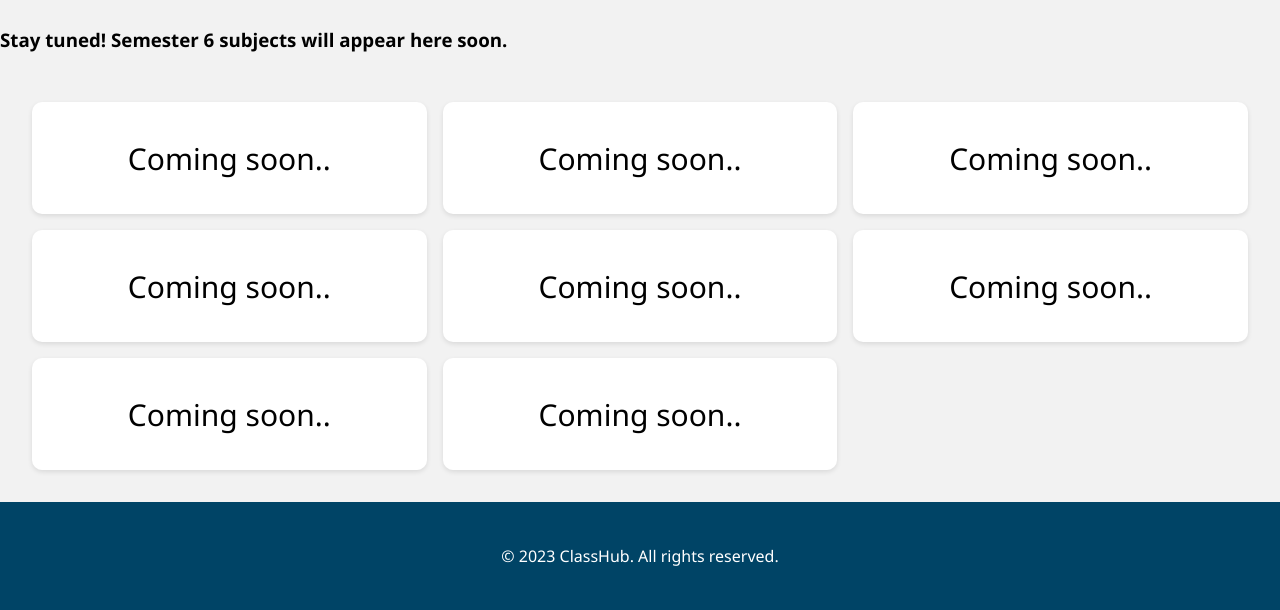
Repository: MariamSawera/eduNova
Page: semester6.html
An editor plug-in stored every save of this project. The page is shown before and after the next save, followed by the edit.
The browser window is 1280 px wide. The pictures show the part of the page from y = 294 to 920 px (the page is 904 px tall before and 920 px after).

Above is the page before, as saved 2025-07-21 22:12:18.

### semester6.html
<html>
<head>
    <title>Semester 1</title>
    <meta charset="UTF-8">
    <meta name="viewport" content="width=device-width, initial-scale=1.0">
    <link rel="stylesheet" href="styles.css">
    <script src="script.js"></script>
</head>
<body>
    <nav>
        <div class="logo">ClassHub</div>
        <ul>
        <li><a href="index.html">Home</a></li>
        <li><a href="index.html#semester">Semesters</a></li>
        <li><a href="subjects.html">Subjects</a></li>
        <li><a href="books.html">Books</a></li>
        <li><a href="resources.html">Resources</a></li>
        <li><a href="assignments.html">Assignments</a></li>
        <li><a href="events.html">Events</a></li>
        <li><a href="contact.html">Contact</a></li>
        <li><a href="login.html">Login</a></li>
        </ul>
    </nav>

    <!-- Hero Section -->
    <div class="hero">
        <h1>Welcome to Semester 6 Resources!</h1>
    </div>

    <!-- Resources Section -->
    <h2 class="heading"><h3>Stay tuned! Semester 6 subjects will appear here soon.</h3></h2>
    <div class="resources quick-links"   >
        <div class="link-card" style="color: black;"><a href="#" target="_blank">Coming soon..</a></div>
        <div class="link-card" style="color: black;"><a href="#" target="_blank">Coming soon..</a></div>
        <div class="link-card" style="color: black;"><a href="#" target="_blank">Coming soon..</a></div>
        <div class="link-card" style="color: black;"><a href="#" target="_blank">Coming soon..</a></div>
        <div class="link-card" style="color: black;"><a href="#" target="_blank">Coming soon..</a></div>
        <div class="link-card" style="color: black;"><a href="#" target="_blank">Coming soon..</a></div>
        <div class="link-card" style="color: black;"><a href="#" target="_blank">Coming soon..</a></div>
        <div class="link-card" style="color: black;"><a href="#"target="_blank">Coming soon..</a></div>
    </div>





    </div>

    <!-- Footer -->
    <footer class="footer">
        <p>&copy; 2023 ClassHub. All rights reserved.</p>
    </footer>

</body>
</html>

### styles.css
    html {
      scroll-behavior: smooth;
    }

    body {
      margin: 0;
      font-family: 'Segoe UI', sans-serif;
      background: #f2f2f2;
        /* background-color: #B3DDF0; */

    }

    nav {
      background-color: #004466;
      color: white;
      padding: 1rem;
      display: flex;
      justify-content: space-between;
      align-items: center;
    }

    nav .logo {
      font-size: 1.5rem;
      font-weight: bold;
    }

    a {
        text-decoration: none;
        color: inherit;
    }

    nav ul {
      list-style: none;
      display: flex;
      gap: 1rem;
    }

    nav ul li {
      display: inline;
    }

    nav ul li a {
      color: white;
      text-decoration: none;
    }


    .hero {
      /* background: linear-gradient(to right, #00aaff, #00ffcc); */
      background-image: url('./images/okokook.jpg');
      background-position: center;
      color: white;
      padding: 2rem;
      text-align: center;
      height: 20vh;
    }


    .hero input {
      padding: 0.5rem;
      border: none;
      border-radius: 5px;
      margin-top: 1rem;
      width: 200px;
    }

    .dashboard {
      display: grid;
      grid-template-columns: 1fr 1fr 1fr;
      gap: 1rem;
      padding: 2rem;
    }

    .card {
      background: white;
      padding: 1rem;
      border-radius: 10px;
      box-shadow: 0 2px 5px rgba(0,0,0,0.1);
    }

    .quick-links {
      padding: 2rem;
      display: grid;
      grid-template-columns: repeat(3, minmax(150px, 1fr));
      gap: 1rem;
    }

    .link-card{
      display: flex;
      justify-content: center;
      align-items: center;
      font-size: 30px;
      color: white;


    }

    .quick-links .link-card {
      background: white;
      text-align: center;
      padding: 1rem;
      border-radius: 10px;
      box-shadow: 0 2px 5px rgba(0,0,0,0.1);
      height: 80px;
    }

    .footer{
      background-color: #004466;
      display: flex;
      justify-content: center;
      align-items: center;
      color: white;
      height: 15vh;
    }

    .heading{
      color: #333;
      margin-bottom: 1rem;
      text-align: center;
      font-size: 2rem;
    }

### script.js
function updateName() {
      const name = document.getElementById('nameInput').value;
      const welcome = document.getElementById('welcome');
      if(name.trim()) {
        welcome.textContent = `Hello, ${name}! 👋`;
      } else {
        welcome.textContent = `Hello, Guest 👋`;
      }
    }

After the next save:
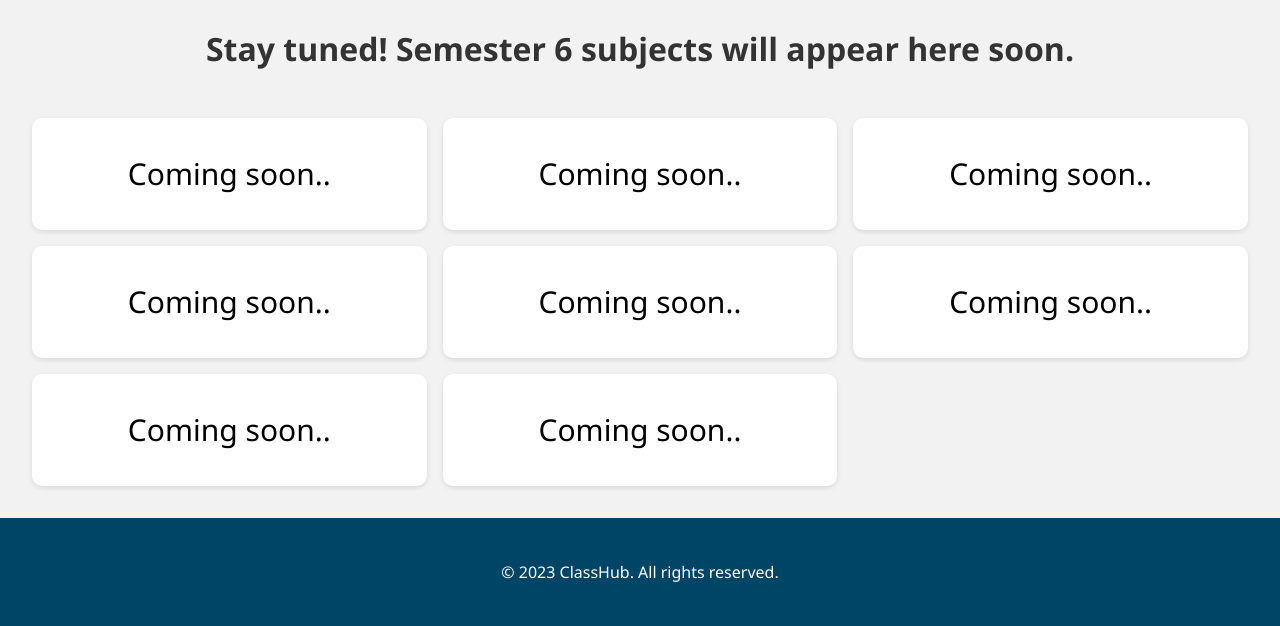
Saved 12 s later.
--- a/semester6.html
+++ b/semester6.html
@@ -28,7 +28,7 @@
     </div>
 
     <!-- Resources Section -->
-    <h2 class="heading"><h3>Stay tuned! Semester 6 subjects will appear here soon.</h3></h2>
+    <h2 class="heading">Stay tuned! Semester 6 subjects will appear here soon.</h2>
     <div class="resources quick-links"   >
         <div class="link-card" style="color: black;"><a href="#" target="_blank">Coming soon..</a></div>
         <div class="link-card" style="color: black;"><a href="#" target="_blank">Coming soon..</a></div>
